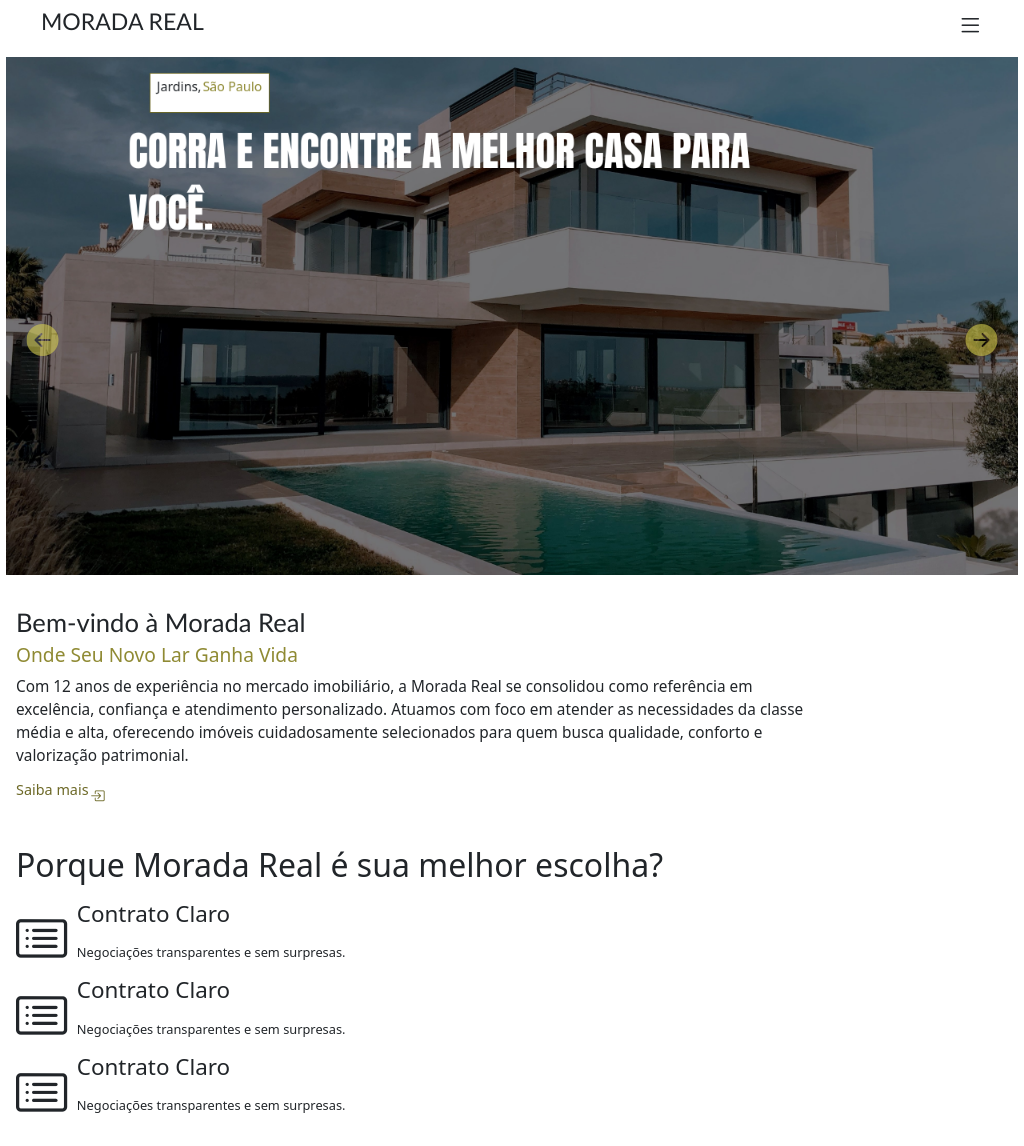
Repository: Mattyns/moradareal
Page: index.html
These files come from the project's save history. The page is drawn as it stood at one moment and after the next save; the edit follows.
The browser window is 1280 px wide. The pictures show the whole page, at 80% of full size.

Above is the page before, as saved 2025-07-13 17:15:35.

### index.html
<!DOCTYPE html>
<html lang="pt-br">
    <head>
        <meta charset="UTF-8" />
        <meta name="viewport" content="width=device-width, initial-scale=1.0" />
        <title>Morada Real</title>
        <link
            rel="stylesheet"
            href="https://cdnjs.cloudflare.com/ajax/libs/animate.css/4.1.1/animate.min.css"
        />
        <link
            href="https://cdn.jsdelivr.net/npm/bootstrap@5/dist/css/bootstrap.min.css"
            rel="stylesheet"
            integrity="sha384-QWTKZyjpPEjISv5WaRU9OFeRpok6YctnYmDr5pNlyT2bRjXh0JMhjY6hW+ALEwIH"
            crossorigin="anonymous"
        />
        <link
            rel="stylesheet"
            href="https://cdn.jsdelivr.net/npm/bootstrap-icons@1.11.3/font/bootstrap-icons.min.css"
        />
        <link rel="stylesheet" href="style/style.css" />
    </head>
    <body>
        <header class="header__container">

            <h1 class="logo__text">MORADA REAL</h1> <i class="bi-list menu__list"></i>
        </header>

        <main>
            <section class="contrast">

                <div class="contrast__container">
                    <div class="local local__sp">
                        <div class="local__text">
                            <p>Jardins,</p> <p class="local__text--contrast"> São Paulo</p>
                        </div>
                        <p class="text__message">CORRA E ENCONTRE A MELHOR CASA PARA VOCÊ.</p>
                    </div>
                    <div class="local local__rs">
                        <div class="local__text">
                            <p>Bela Vista,</p> <p class="local__text--contrast"> Rio Grande do Sul</p>
                        </div>
                        <p class="text__message">O LAR DOS SEUS SONHOS PODE ESTAR A UM CLIQUE DE DISTÂNCIA.</p>
                    </div>
                    <div class="local local__rj">
                        <div class="local__text">
                            <p>Leblon,</p> <p class="local__text--contrast"> Rio de Janeiro</p>
                        </div>
                        <p class="text__message">NÃO PERCA TEMPO! SUA NOVA HISTÓRIA COMEÇA AQUI.</p>
                    </div>

                </div>

                <i class="bi-arrow-left-circle-fill img__button" id="img__button--left"></i>
                <i class="bi-arrow-right-circle-fill img__button" id="img__button--right"></i>

            </section>
            <section class="present">
                <h1 class="present__title">Bem-vindo à Morada Real</h1>
                <h2 class="present__subtitle">Onde Seu Novo Lar Ganha Vida</h2>
                <p class="present__text">Com 12 anos de experiência no mercado imobiliário, a Morada Real se consolidou como referência em excelência, confiança e atendimento personalizado. Atuamos com foco em atender as necessidades da classe média e alta, oferecendo imóveis cuidadosamente selecionados para quem busca qualidade, conforto e valorização patrimonial.</p>
                <a href="#" class="button__link present__more"><p>Saiba mais</p> <i class="bi-box-arrow-in-right"></i></a>

            </section>

            <section class="services">
                <h1 class="services__title">
                    <h1>Porque Morada Real é sua melhor escolha?</h1>
                    <div class="service__container">
                        <div class="service__card service__contract">
                            <i class="service__icon bi-card-list"></i>
                            <h3 class="service__title">Contrato Claro</h3>
                            <p class="service__text">Negociações transparentes e sem surpresas.</p>
                        </div>

                        <div class="service__card service__contract">
                            <i class="service__icon bi-card-list"></i>
                            <h3 class="service__title">Contrato Claro</h3>
                            <p class="service__text">Negociações transparentes e sem surpresas.</p>
                        </div>

                        <div class="service__card service__contract">
                            <i class="service__icon bi-card-list"></i>
                            <h3 class="service__title">Contrato Claro</h3>
                            <p class="service__text">Negociações transparentes e sem surpresas.</p>
                        </div>



                    </div>
                </h1>
            </section>


        </main>

        <script src="script/carousel.js"></script>
    </body>
</html>

### style/style.css
@charset "UTF-8";

:root {
    --preto:black;
    --branco:white;
    --cor1:#D3CC4C;
    --cor2:#B1AB40;
    --cor3:#DCD650;
    --cor4:#8F8A33;
    --cor5:#6D6927;
    --cor6:#4B481B;
    --cor7:#f0eca5;
    --cor8:white;

}

* {
    margin: 0px;
    padding: 0px;
    box-sizing: border-box;
}

.header__container {
    display: flex;
    height: 20%;
    width: 100%;
    background-color: var(--branco);
    align-items: center;
    padding-top: 10px;
    padding-bottom: 10px;
}

.logo__text {
    margin-left: 4%;
    font-size: 180%;
    font-family: 'Trebuchet MS', 'Lucida Sans Unicode', 'Lucida Grande', 'Lucida Sans', Arial, sans-serif;
}

.menu__list {
    font-size: 2em;
    position: absolute;
    right: 4%;
}

.contrast {
    height: 90vh;
    margin: 8px;

    overflow: hidden;
    max-width: 100%;
    position: relative;


}

.contrast__container {

    display: flex;
  transition: transform 0.3s ease;
  will-change: transform;
  touch-action: pan-y;
}

.local {
    height: 90vh;
    background-size: cover;
    background-position: right;
     flex: 0 0 100%;
    box-sizing: border-box;
    padding: 20px; /* opcional */
}

.local__sp {
    background-image: url(../img/webaliser.jpg);

}

.local__rs {
    background-image: url(../img/brian.jpg);

}

.local__rj {
    background-image: url(../img/zoe.jpg);

}

.local__text {
    display: flex;
    background-color: var(--branco);
    width: fit-content;
    padding: 4px 0px;
    padding-left: 8px;
    padding-right: 8px;
    top: 20%;
    margin-left:13%;
    border: 1px solid var(--cor5);

}

.local__text--contrast {
    color: var(--cor4);
    margin-left: 2px;
}

.text__message {
    top: 26%;
    width: 68%;
    margin-left: 10%;
    font-size:320%;
    font-family:Impact, Haettenschweiler, 'Arial Narrow Bold', sans-serif;
    color:var(--cor8) ;
    padding: 10px;
    border-radius: 10px;
}

.img__button {
    font-size: 2.5em;
    position:absolute;
    color: #dcd55090;
    transition: color 0.8s ease;

}

.img__button:hover {
    color: #DCD650;
    transition: color 0.8s ease;
}

.img__button.disabled {
  color: #ccc;  /* cinza claro */
  cursor: not-allowed;
  opacity: 0.6;
}

#img__button--left {
    left: 2%;
    top: 50%;
}

#img__button--right {
    right: 2%;
    top: 50%;
}


.present {
    margin: 0px 20px;
    margin-top: 40px;
}

.present__title {
    text-align: left;
    font-family: 'Trebuchet MS', 'Lucida Sans Unicode', 'Lucida Grande', 'Lucida Sans', Arial, sans-serif;
    font-size: 2em;

}

.present__subtitle {
    font-size: 1.5em;
    color: var(--cor4);

}

.present__text {
    width: 80%;
    font-size: 1.2em;
    margin-top: 10px;
    margin-bottom: 15px;
}

.button__link {
    text-decoration: none;
    color: white;
    font-size: 18px;

}

.present__more {
    color: var(--cor5);
    display: flex;
    align-items: center;

}

.present__more > p {
    margin-right: 2px;
}

.services {
    margin: 20px;
    margin-top: 40px;
}

.service__container {
    margin-top: 20px;
}

.service__card {
  display: grid;
  grid-template-columns: auto 1fr; /* coluna 1 para o ícone, coluna 2 para o conteúdo */
  grid-template-rows: auto auto;   /* duas linhas */
  gap: 8px; /* opcional: espaço entre elementos */
  align-items: start;
}

.service__icon {
  grid-row: 1 / 3;   /* ocupa da linha 1 até antes da 3 (ou seja, 2 linhas) */
  grid-column: 1;    /* fica na coluna 1 */

  font-size: 4em;
  margin-right: 4px;
}

.service__title {
  grid-row: 1;       /* linha 1 */
  grid-column: 2;    /* coluna 2 */
}

.service__text {
  grid-row: 2;       /* linha 2 */
  grid-column: 2;    /* coluna 2 */
}

### script/carousel.js
const container = document.querySelector('.contrast__container');
const slides = document.querySelectorAll('.local');

let isDragging = false;
let startPos = 0;
let currentTranslate = 0;
let prevTranslate = 0;
let animationID;
let currentIndex = 0;

slides.forEach((slide, index) => {
  slide.addEventListener('touchstart', touchStart(index));
  slide.addEventListener('touchend', touchEnd);
  slide.addEventListener('touchmove', touchMove);

  slide.addEventListener('mousedown', touchStart(index));
  slide.addEventListener('mouseup', touchEnd);
  slide.addEventListener('mouseleave', touchEnd);
  slide.addEventListener('mousemove', touchMove);
});

function touchStart(index) {
  return function (event) {
    currentIndex = index;
    startPos = getPositionX(event);
    isDragging = true;

    animationID = requestAnimationFrame(animation);
  };
}

function touchMove(event) {
  if (!isDragging) return;
  const currentPosition = getPositionX(event);
  currentTranslate = prevTranslate + currentPosition - startPos;
}

function touchEnd() {
  cancelAnimationFrame(animationID);
  isDragging = false;

  const movedBy = currentTranslate - prevTranslate;

  if (movedBy < -100 && currentIndex < slides.length - 1) currentIndex++;
  if (movedBy > 100 && currentIndex > 0) currentIndex--;

  setPositionByIndex();
}

function getPositionX(event) {
  return event.type.includes('mouse') ? event.pageX : event.touches[0].clientX;
}

function animation() {
  setSliderPosition();
  if (isDragging) requestAnimationFrame(animation);
}

function setSliderPosition() {
  container.style.transform = `translateX(${currentTranslate}px)`;
}

function setPositionByIndex() {
  currentTranslate = currentIndex * -container.offsetWidth;
  prevTranslate = currentTranslate;
  setSliderPosition();
  updateButtons();
}


const imgLeft = document.getElementById('img__button--left');
const imgRight = document.getElementById('img__button--right');

imgLeft.addEventListener('click', imgSlideLeft);
imgRight.addEventListener('click', imgSlideRight);


function imgSlideLeft() {
  if (currentIndex > 0) {
    currentIndex--;
    setPositionByIndex();
  }
}

function imgSlideRight() {
  if (currentIndex < slides.length - 1) {
    currentIndex++;
    setPositionByIndex();
  }
}

// Função para ativar/desativar os botões conforme o slide atual
function updateButtons() {
  if (currentIndex === 0) {
    imgLeft.classList.add('disabled');
  } else {
    imgLeft.classList.remove('disabled');
  }

  if (currentIndex === slides.length - 1) {
    imgRight.classList.add('disabled');
  } else {
    imgRight.classList.remove('disabled');
  }
}

After the next save:
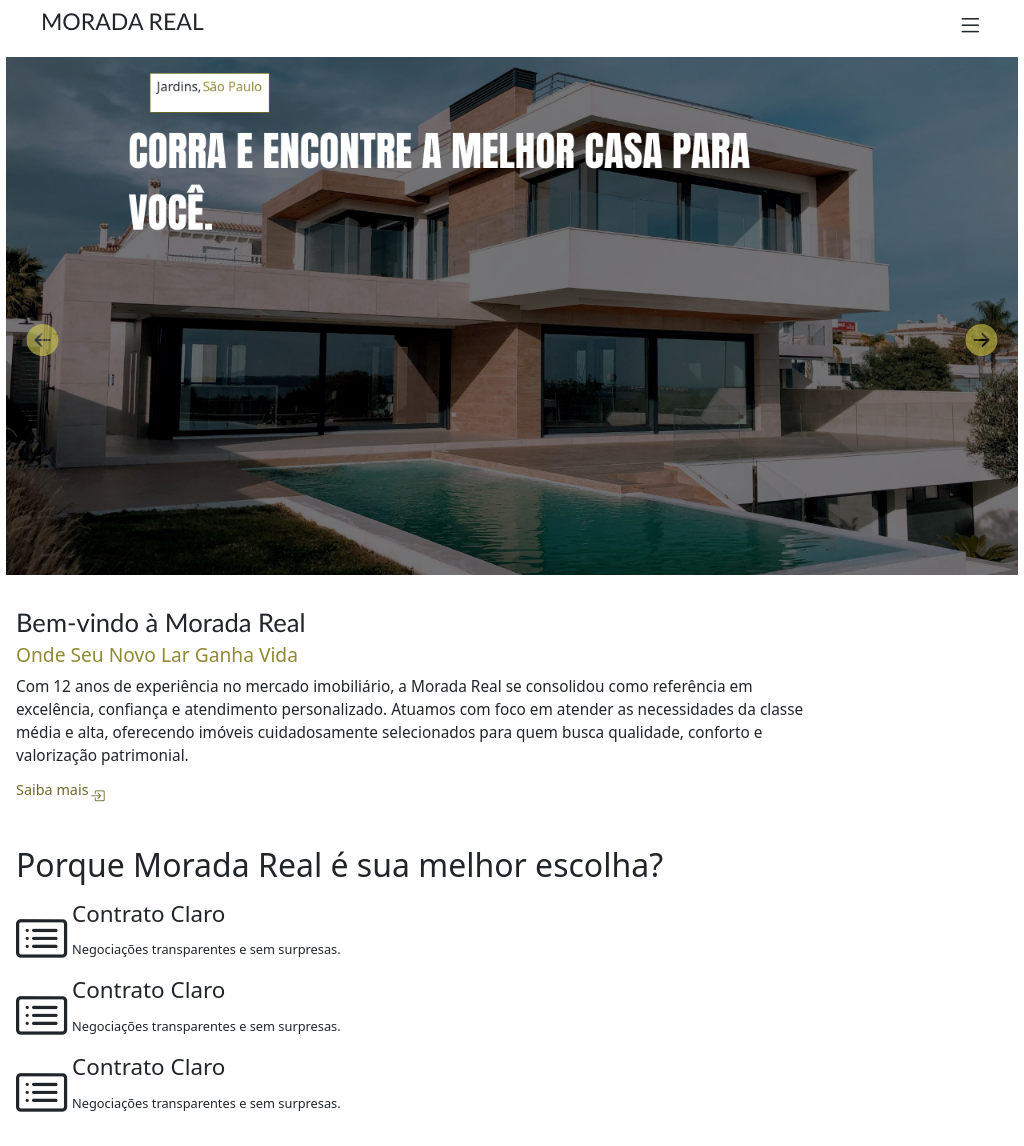
Saved 17 s later.
--- a/style/style.css
+++ b/style/style.css
@@ -200,7 +200,7 @@
   display: grid;
   grid-template-columns: auto 1fr; /* coluna 1 para o ícone, coluna 2 para o conteúdo */
   grid-template-rows: auto auto;   /* duas linhas */
-  gap: 8px; /* opcional: espaço entre elementos */
+  gap: 2px; /* opcional: espaço entre elementos */
   align-items: start;
 }
 
